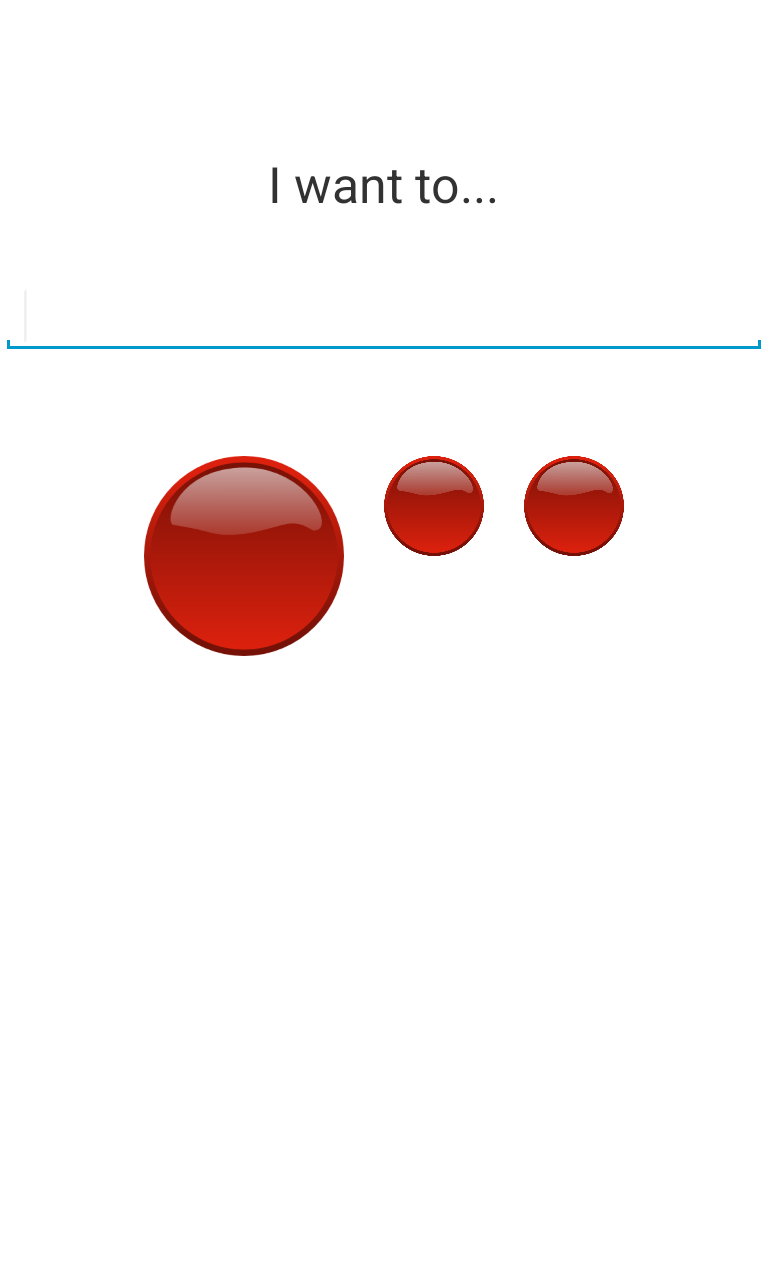
Repository: sbobra/women-startupweekend-sf
Layout: LaundryList/res/layout/activity_goal1.xml
The author's editor kept a copy of each file at every save. The layout is drawn from the files as they stood at one save, then again after the next save.
It is drawn on a 768 x 1280 px phone screen (xhdpi) without system bars, with theme AppTheme; the app's code is not run.

Above is the layout before, as saved 2013-09-15 04:18:45.

After the next save:
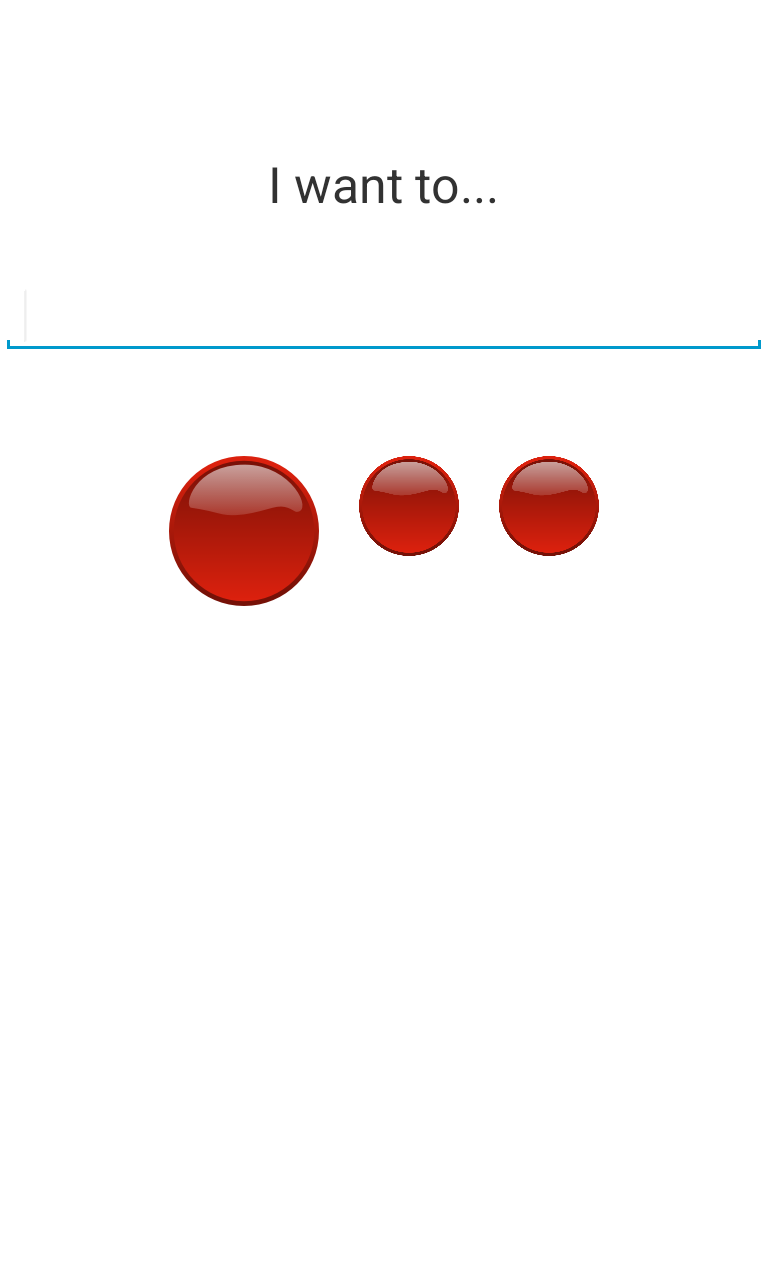
Saved 9 s later.
--- a/LaundryList/res/layout/activity_goal1.xml
+++ b/LaundryList/res/layout/activity_goal1.xml
@@ -34,8 +34,8 @@
 
         <ImageView
             android:id="@+id/doButton"
-            android:layout_width="100dp"
-            android:layout_height="100dp"
+            android:layout_width="75dp"
+            android:layout_height="75dp"
             android:layout_marginRight="20dp"
             android:src="@drawable/redbutton" />
 
